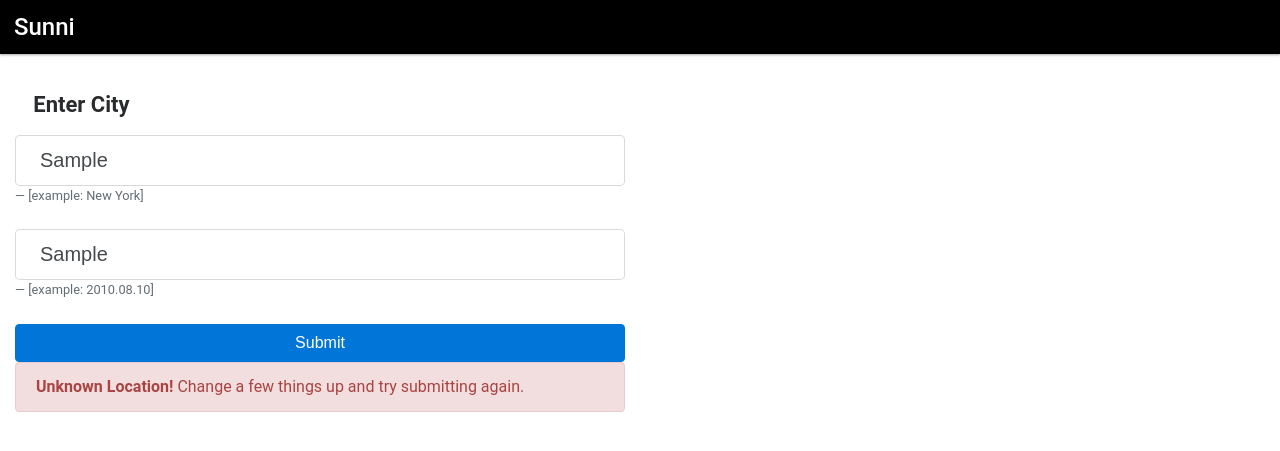
Repository: Oakga/Weather_app
Page: index.html
These files come from the project's save history. The page is drawn as it stood at one moment and after the next save; the edit follows.
The browser window is 1280 px wide. The pictures show the whole page.
Empty fields were first filled with sample values (such as "Sample", 5 or name@example.com).
After loading, the first visible `#location-form` was submitted once.
The page's requests for data from a server got no answer.

Above is the page before, as saved 2017-09-22 05:58:08.

### index.html
<!DOCTYPE html>
<html>
<head>
    <meta charset="utf-8">
    <link rel="stylesheet" href="https://maxcdn.bootstrapcdn.com/bootstrap/4.0.0-alpha.6/css/bootstrap.min.css" integrity="sha384-rwoIResjU2yc3z8GV/NPeZWAv56rSmLldC3R/AZzGRnGxQQKnKkoFVhFQhNUwEyJ" crossorigin="anonymous">
    <!-- <link href='http://fonts.googleapis.com/css?family=Roboto:400,300,700' rel='stylesheet' type='text/css'> -->
    <link href="css/styles.css" rel="stylesheet" type="text/css">
    <script src="https://unpkg.com/axios/dist/axios.min.js"></script>
</head>
<body>
    <header>
        <h1>Sunni</h1>
    </header>
    <div class="container-fluid">
        <div class="row">
            <div class="col">
                <h2>Enter City</h2>
                <form id="location-form">
                    <input type="text" id="location-input" class="form-control form-control-lg "/>
                    <footer class="blockquote-footer">[example: New York]</footer>
                    <br>
                    <input type="text" id="date-input" class="form-control form-control-lg "/>
                    <footer class="blockquote-footer">[example: 2010.08.10]</footer>
                    <br>
                    <button type="submit" class="btn btn-primary btn-block">Submit</button>
                </form>
                <div id="formatted-address"></div>
                <div id="geometry-component"></div>
                <div id="weather-component"></div>
            </div>
            <div class="col">
            </div>
        </div>
    </div>
    <script src="js/main.js"></script>
</body>
</html>

### css/styles.css
body {
    font-family: 'Roboto', 'Sans Serif';
    font-size: 16px;
    padding: 0;
    margin: 0;
}

header {
    background-color: #000000;
    padding: 14px;
    box-shadow: 0 1px 3px rgba(0,0,0,0.12), 0 1px 2px rgba(0,0,0,0.24);
}

h1, h2, h3 {
    font-weight: 300;
}

header > h1 {
    font-weight: 500;
    font-size: 24px;
    margin: 0;
    color: #FFFFFF;
}

h2 {
    font-size: 22px;
    margin: 20px 0 0 0;
    padding: 3%;
    font-weight: bolder;
}

.table {
    border-radius: 5px;
    width: 50%;
    margin: 0px auto;
    float: none;
}

### js/main.js
class dailyReport {
    constructor(Time,Humidity,Precipitation,Intensity,Wind,MaxTemperature,MinTemperature){
    this.Time = Time;
    this.Humidity = Humidity;
    this.Precipitation = Precipitation;
    this.Intensity = Intensity;
    this.Wind = Wind;
    this.MaxTemperature = MaxTemperature;
    this.MinTemperature = MinTemperature;
};
};

class todayReport {
    constructor(Time,Summary,Humidity,Temperature, Precipitation,Intensity,Wind,){
    this.Time = Time;
    this.Summary = Summary;
    this.Humidity = Humidity;
    this.Temperature = Temperature;
    this.Precipitation = Precipitation;
    this.Intensity = Intensity;
    this.Wind = Wind;
};
};

class searches {
    constructor(location,date){
        this.date = date;
        this.location = location;
    }
}

let geoCode = (location) => {
    axios.get('https://maps.googleapis.com/maps/api/geocode/json',{
    params:{
        address: location,
        key: 'AIzaSyAkYBjwd7ygcP8GpAz47QsP3s3vaweLAE0'
    }
}).then(function(response){
    const formattedAddr = response.data.results[0].formatted_address;
    const formattedAddrOutput = `
    <ul class="list-group">
    <li class="list-group-item">
    ${formattedAddr}
    </li>
    </ul>
    `;
    let addressComponents = response.data.results[0].address_components;
    let lat = Math.round(response.data.results[0].geometry.location.lat*10000)/10000;
    let lng = Math.round(response.data.results[0].geometry.location.lng*10000)/10000;
    let geometryOutput = `
    <ul class="list-group">
    <li class="list-group-item">
    <strong>
    Latitude
    </strong>: ${lat}
    </li>
    <li class="list-group-item">
    <strong>
    Longitude
    </strong>: ${lng}
    </li>
    </ul>
    `;
    document.getElementById('formatted-address').innerHTML = formattedAddrOutput;
    document.getElementById('geometry-component').innerHTML = geometryOutput;

    darkSky(lat,lng);

})
.catch(function(error){
    const formattedAddrOutput = `
    <div class="alert alert-danger" role="alert">
    <strong>Unknown Location!</strong> Change a few things up and try submitting again.
    </div>
    `;
    document.getElementById('formatted-address').innerHTML = formattedAddrOutput;
})
};

let darkSky = (lat, lng, date = Date.now()) => {
    let apiCall = 'https://cors-anywhere.herokuapp.com/https://api.darksky.net/forecast/c84a2f187efcca194054935abae32b10/'+lat+','+lng;
    axios.get(apiCall,{
        params: {
            exclude: '[hourly,flags]',
            time: date
        }
    }).then(function(response){
        let weeklyReport = [];
        const months = ['Jan','Feb','Mar','Apr','May','Jun','Jul','Aug','Sep','Oct','Nov','Dec'];
        const days = ['Sun','Mon','Tue','Wed','Thur','Fri','Sat'];
        let year, month, day;
        const currentDate =  response.data.currently;
        const dailyDate = response.data.daily.data;

        for(let i=0;i<dailyDate.length;i++){
            var date = new Date(dailyDate[i].time*1000);
            year = date.getFullYear();
            month = months[date.getMonth()];
            day = days[date.getDay()];
            numDate = date.getDate();
            formattedTime = numDate + ' ' + month + ' ' + year;
            const dayReport = weeklyReport[i] = new dailyReport(
                formattedTime,
                dailyDate[i].humidity,
                dailyDate[i].precipProbability,
                dailyDate[i].precipIntensity,
                dailyDate[i].windSpeed,
                dailyDate[i].temperatureMax,
                dailyDate[i].temperatureMin,
            );
        };
        let columnNames = ``;
        for ( property in weeklyReport[0] ) {
            columnNames += `
            <th>
            ${property}
            </th>
            `;
        };

        let itemRows = ``;
        let reportForTheDay;
        for(var i=0;i<weeklyReport.length;i++){
            reportForTheDay=weeklyReport[i];
            itemRows += `<tr>
            <th scope="row">${reportForTheDay.Time}</th>
            <td>${reportForTheDay.Humidity}</td>
            <td>${reportForTheDay.Precipitation}</td>
            <td>${reportForTheDay.Intensity}</td>
            <td>${reportForTheDay.Wind}</td>
            <td>${reportForTheDay.MaxTemperature}</td>
            <td>${reportForTheDay.MinTemperature}</td>
            </tr>`
        };

        let tableOutput = `
        <table class="table">
        <thead class="thead-inverse" id="table-index">
        ${columnNames}
        </thead>
        <tbody>
        ${itemRows}
        </tbody>
        </table>
        `;
        document.getElementById('weather-component').innerHTML = tableOutput;

    })
    .catch(function(error){
        console.log(error);
        const alert = `
        <div class="alert alert-danger" role="alert">
        <strong>Cannot find Weather information!</strong> Change a few things up and try submitting again.
        </div>
        `;
        document.getElementById('weather-component').insertAdjacentHTML("afterbegin",alert);
    })
    ;
}


document.getElementById('location-form').addEventListener('submit', function (e){
    e.preventDefault();
    const location = document.getElementById('location-input').value;
    const date = document.getElementById('date-input').value;
    const unixDate = new Date('2012.08.10').getTime() / 1000;
    console.log(unixDate);
    geoCode(location);

});

After the next save:
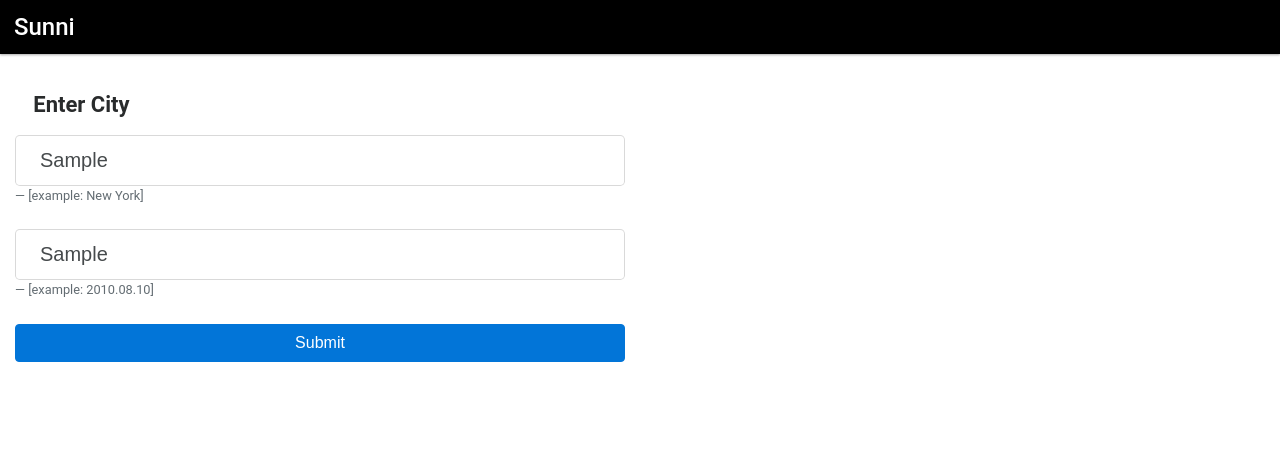
Console error: TypeError: Date.parse(...).getTime is not a function
Saved 39 s later.
--- a/js/main.js
+++ b/js/main.js
@@ -163,7 +163,7 @@
     e.preventDefault();
     const location = document.getElementById('location-input').value;
     const date = document.getElementById('date-input').value;
-    const unixDate = new Date('2012.08.10').getTime() / 1000;
+    const unixDate = Date.parse('2012.08.10').getTime() / 1000;
     console.log(unixDate);
     geoCode(location);
 

After the 3 saves that followed:
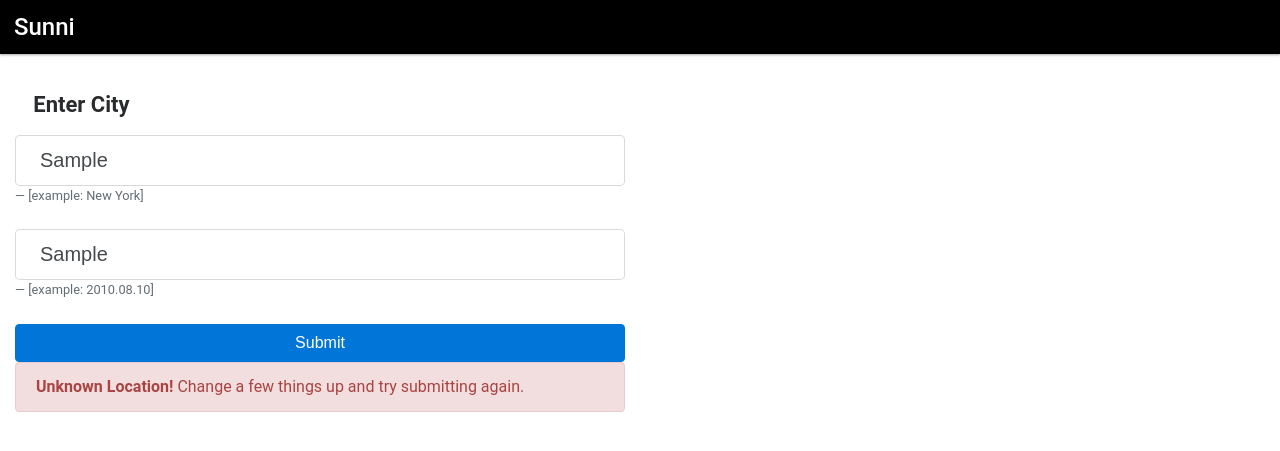
The error is gone.
The 3 saves are shown as one change because 2 left the picture as it was.
The last was saved 47 s later.
--- a/js/main.js
+++ b/js/main.js
@@ -163,8 +163,8 @@
     e.preventDefault();
     const location = document.getElementById('location-input').value;
     const date = document.getElementById('date-input').value;
-    const unixDate = Date.parse('2012.08.10').getTime() / 1000;
-    console.log(unixDate);
+    var unixtime = Date.parse("24-Nov-2009 17:57:35")/1000;
+    console.log(unixtime);
     geoCode(location);
 
 });
